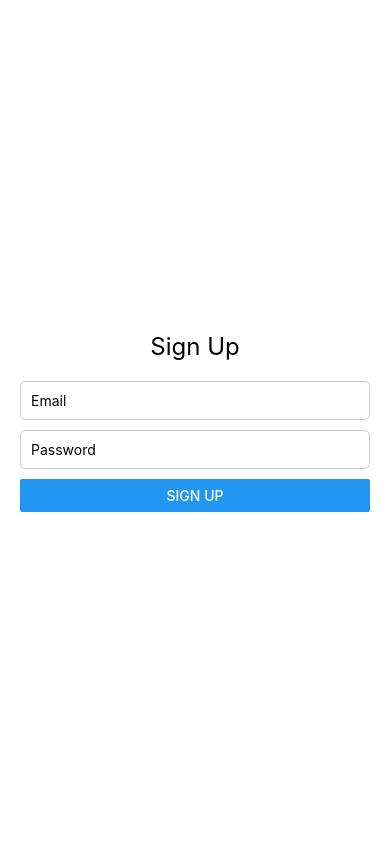
Repository: Ghostlybot16/Capstone_Proj
Screen: /
An editor plug-in stored every save of this project. The screen is shown before and after the next save, followed by the edit.
The app was drawn by React Native's web renderer in a window 390 px wide. The project was rebuilt for these pictures with package versions that can differ from the ones it lists, and the page was loaded fresh each time.

Above is the screen before, as saved 2024-11-08 00:29:16.

### App.js
import React, { useState } from 'react';
import { StatusBar } from "expo-status-bar";
import { StyleSheet, View } from "react-native";
import SignUp from './Components/Signup';

export default function App() {
  const [isSignedUp, setIsSignedUp] = useState(false);

  const handleSignUp = (email, password) => {
    // Handle sign-up logic here, e.g., sending data to the backend
    console.log("User signed up with email:", email);
    setIsSignedUp(true);
  };

  if (!isSignedUp) {
    return <SignUp onSignUp={handleSignUp} />;
  }

  return (
    <View style={styles.container}>
      <StatusBar style="auto" />
      {/* Render the main app content here after signup */}
    </View>
  );
}

const styles = StyleSheet.create({
  container: {
    flex: 1,
    backgroundColor: '#25292e',
    justifyContent: 'center',
    alignItems: 'center',
  },
});

### Components/Signup.js
import React, { useState } from 'react';
import { View, TextInput, Button, StyleSheet, Text } from 'react-native';

export default function SignUp({ onSignUp }) {
  const [email, setEmail] = useState('');
  const [password, setPassword] = useState('');

  const handleSignUp = () => {
    // Here you could validate inputs and send data to a backend server.
    onSignUp(email, password);
  };

  return (
    <View style={styles.container}>
      <Text style={styles.title}>Sign Up</Text>
      <TextInput
        style={styles.input}
        placeholder="Email"
        value={email}
        onChangeText={setEmail}
        keyboardType="email-address"
      />
      <TextInput
        style={styles.input}
        placeholder="Password"
        value={password}
        onChangeText={setPassword}
        secureTextEntry
      />
      <Button title="Sign Up" onPress={handleSignUp} />
    </View>
  );
}

const styles = StyleSheet.create({
  container: {
    flex: 1,
    justifyContent: 'center',
    padding: 20,
  },
  title: {
    fontSize: 24,
    marginBottom: 20,
    textAlign: 'center',
  },
  input: {
    borderWidth: 1,
    borderColor: '#ccc',
    padding: 10,
    borderRadius: 5,
    marginBottom: 10,
  },
});

After the next save:
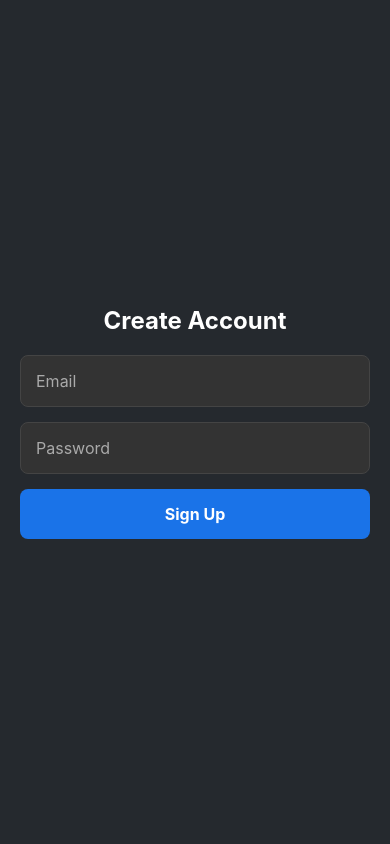
Saved 116 s later.
--- a/App.js
+++ b/App.js
@@ -1,25 +1,38 @@
 import React, { useState } from 'react';
-import { StatusBar } from "expo-status-bar";
-import { StyleSheet, View } from "react-native";
-import SignUp from './Components/Signup';
+import { View, TextInput, TouchableOpacity, Text, StyleSheet } from 'react-native';
 
-export default function App() {
-  const [isSignedUp, setIsSignedUp] = useState(false);
+export default function SignUp({ onSignUp }) {
+  const [email, setEmail] = useState('');
+  const [password, setPassword] = useState('');
 
-  const handleSignUp = (email, password) => {
-    // Handle sign-up logic here, e.g., sending data to the backend
-    console.log("User signed up with email:", email);
-    setIsSignedUp(true);
+  const handleSignUpPress = () => {
+    onSignUp(email, password);
   };
-
-  if (!isSignedUp) {
-    return <SignUp onSignUp={handleSignUp} />;
-  }
 
   return (
     <View style={styles.container}>
-      <StatusBar style="auto" />
-      {/* Render the main app content here after signup */}
+      <Text style={styles.title}>Create Account</Text>
+      <TextInput
+        style={styles.input}
+        placeholder="Email"
+        placeholderTextColor="#aaa"
+        value={email}
+        onChangeText={setEmail}
+        keyboardType="email-address"
+        autoCapitalize="none"
+      />
+      <TextInput
+        style={styles.input}
+        placeholder="Password"
+        placeholderTextColor="#aaa"
+        value={password}
+        onChangeText={setPassword}
+        secureTextEntry
+        autoCapitalize="none"
+      />
+      <TouchableOpacity style={styles.button} onPress={handleSignUpPress}>
+        <Text style={styles.buttonText}>Sign Up</Text>
+      </TouchableOpacity>
     </View>
   );
 }
@@ -27,8 +40,38 @@ export default function App() {
 const styles = StyleSheet.create({
   container: {
     flex: 1,
-    backgroundColor: '#25292e',
     justifyContent: 'center',
     alignItems: 'center',
+    backgroundColor: '#25292e',
+    padding: 20,
+  },
+  title: {
+    fontSize: 24,
+    fontWeight: 'bold',
+    color: '#ffffff',
+    marginBottom: 20,
+  },
+  input: {
+    width: '100%',
+    padding: 15,
+    borderWidth: 1,
+    borderColor: '#444',
+    borderRadius: 8,
+    marginBottom: 15,
+    color: '#ffffff',
+    fontSize: 16,
+    backgroundColor: '#333',
+  },
+  button: {
+    width: '100%',
+    padding: 15,
+    borderRadius: 8,
+    alignItems: 'center',
+    backgroundColor: '#1a73e8',
+  },
+  buttonText: {
+    fontSize: 16,
+    fontWeight: 'bold',
+    color: '#ffffff',
   },
 });
